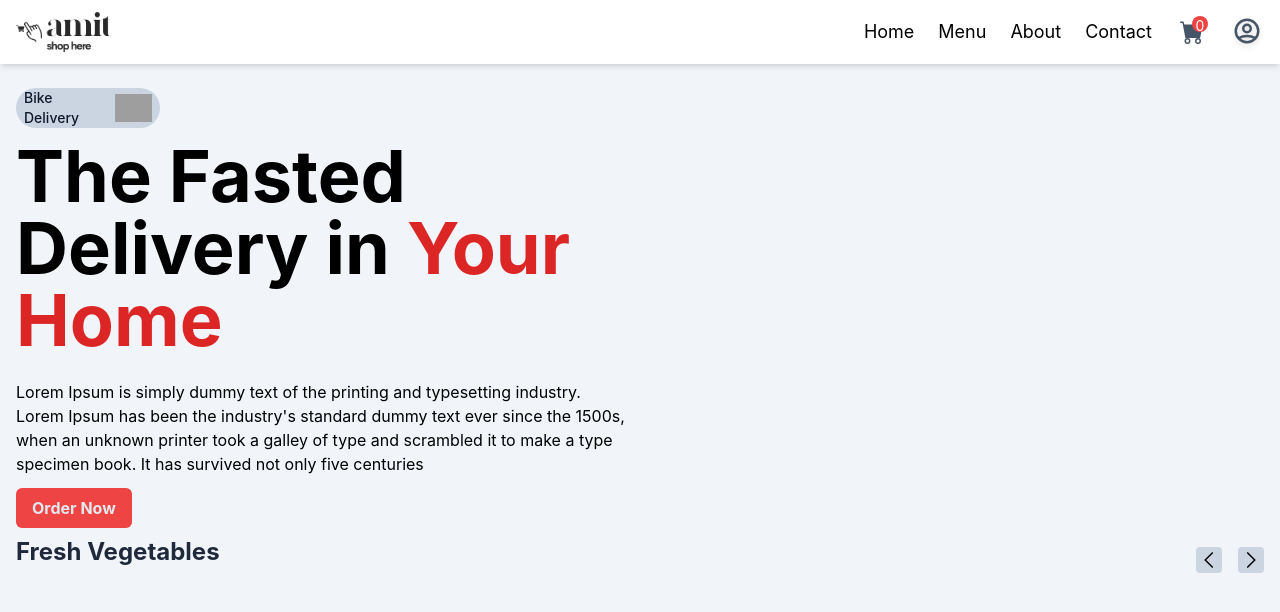
Repository: Lehuyhuynh/Web_ban_hoa_qua
Page: / (app in frontend/)
An editor plug-in stored every save of this project. The page is shown before and after a run of saves, followed by the edit.
The browser window is 1280 px wide. The pictures show the whole page.
Pictures or frames that could not be fetched are drawn as grey boxes. The page's requests for data from a server got no answer. The project was rebuilt for these pictures with package versions that can differ from the ones it lists, and the page was loaded fresh each time. No one was signed in, and anything a server would have sent is missing. Also part of the build but not shown: frontend/src/page/Menu.js, frontend/src/page/About.js, frontend/src/page/Contact.js, frontend/src/page/login.js, frontend/src/utility/ImagetoBase64.js, frontend/src/page/Newproduct.js, frontend/src/page/Signup.js.

Above is the page before, as saved 2024-01-05 21:07:18.

After the next 2 saves:
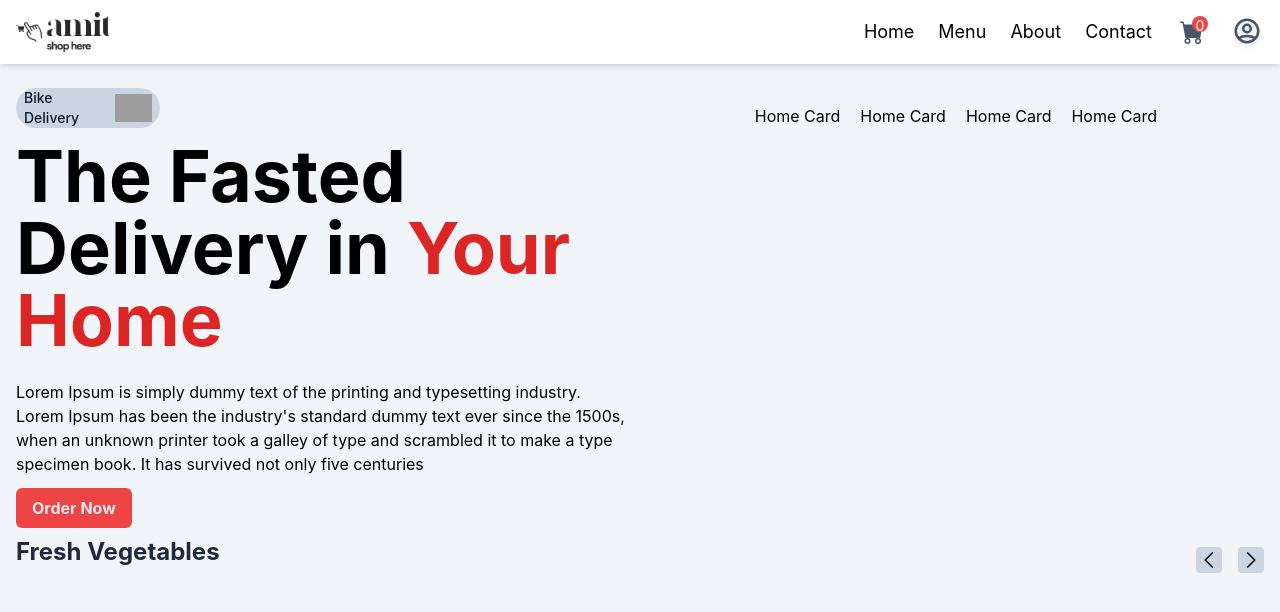
The 2 saves are shown as one change because 1 did not build or start.
The last was saved 3 min 32 s later.
--- a/frontend/src/page/Home.js
+++ b/frontend/src/page/Home.js
@@ -10,6 +10,7 @@ const Home = () => {
   const productData = useSelector((state) => state.product.productList);
   console.log(productData);
   const homeProductCartList = productData.slice(1, 5);
+  const loadingArray = new Array(4).fill(null);
   const slideProductRef = useRef();
   const nextProduct = () => {};
   const preveProduct = () => {};
@@ -42,9 +43,24 @@ const Home = () => {
         </div>
 
         <div className="md:w-1/2 flex flex-wrap gap-5 p-4 justify-center">
-          {homeProductCartList.map((el) => {
-            return <HomeCard />;
-          })}
+          {homeProductCartList[0]
+            ? homeProductCartList.map((el) => {
+                return (
+                  <HomeCard
+                    key={el._id}
+                    id={el._id}
+                    image={el.image}
+                    name={el.name}
+                    price={el.price}
+                    category={el.category}
+                  />
+                );
+              })
+            : loadingArray.map((el, index) => {
+                return (
+                  <HomeCard key={index + "loading"} loading={"Loading..."} />
+                );
+              })}
         </div>
       </div>
 
